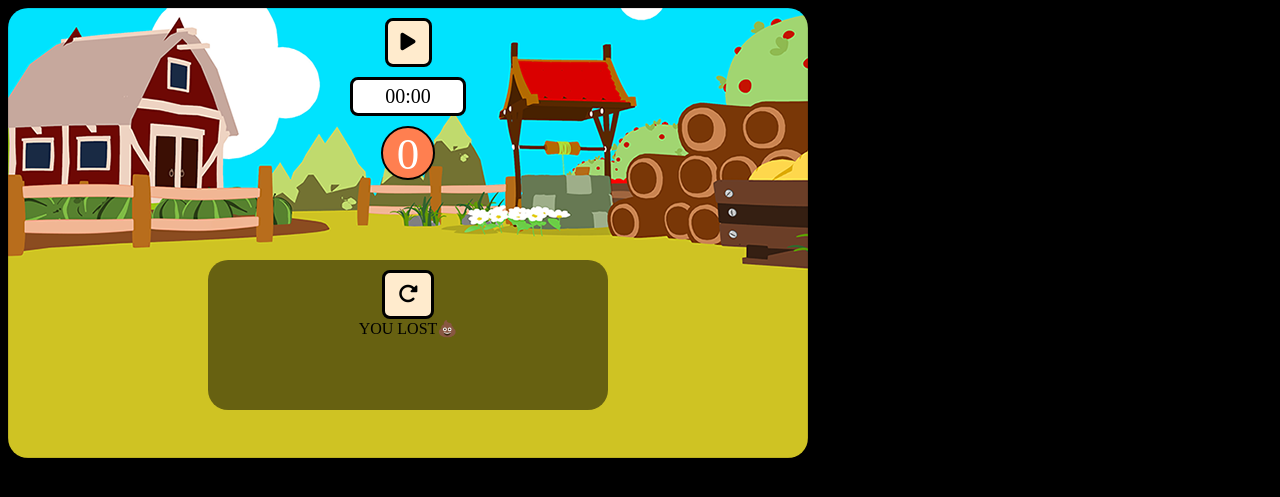
Repository: rladpwl0512/dreamcoding_browser101
Page: (7) catch-carrot-game/catch carrot/index.html
An editor plug-in stored every save of this project. The page is shown before and after the next save, followed by the edit.
The browser window is 1280 px wide. The pictures show the whole page.
Some web libraries are served in a nearby version.

Above is the page before, as saved 2021-10-07 17:50:11.

After the next save:
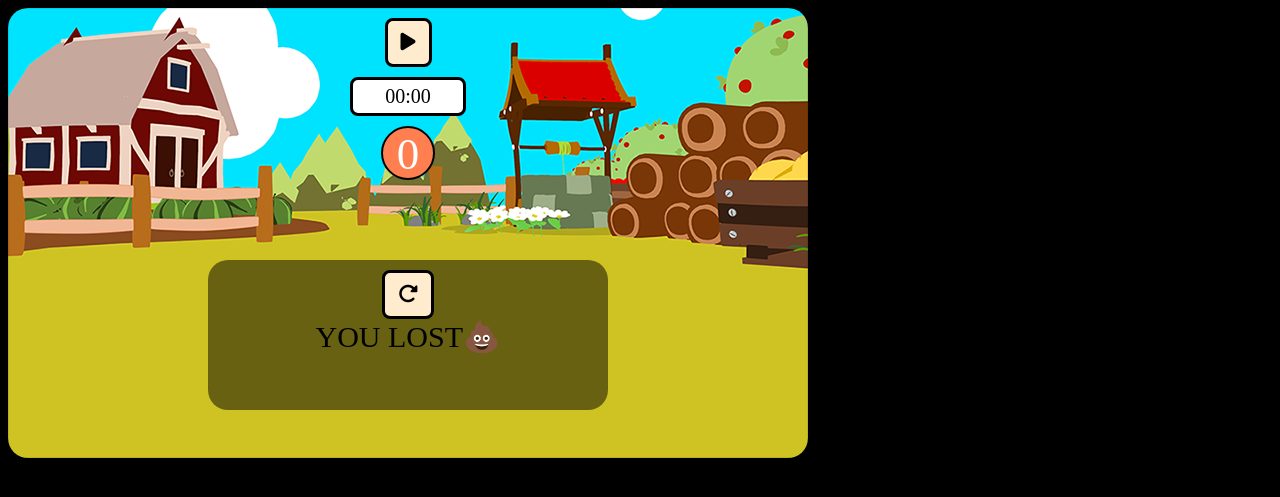
Saved 25 s later.
--- a/(7) catch-carrot-game/catch carrot/style.css
+++ b/(7) catch-carrot-game/catch carrot/style.css
@@ -86,3 +86,6 @@ button {
   transform: translateY(80px);
   padding-top: 10px;
 }
+.message {
+  font-size: 30px;
+}
